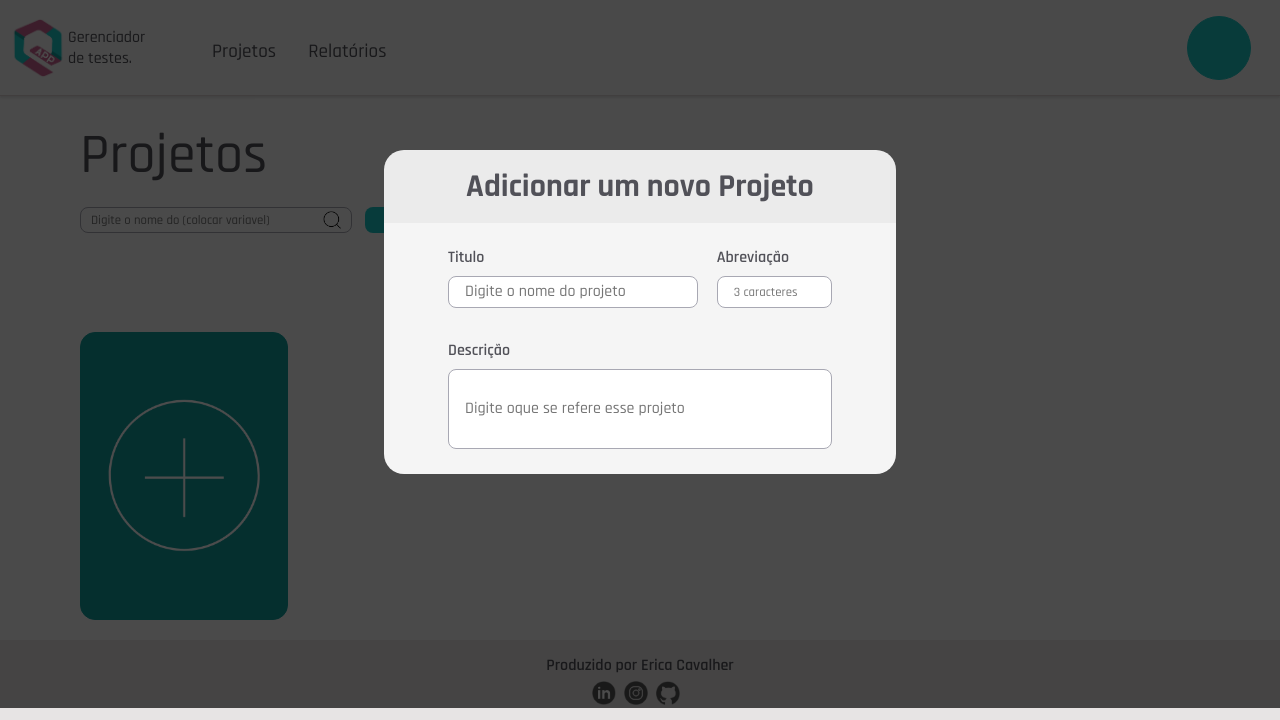
Repository: kika-cavalher/qapp-web
Page: /, after clicking the first element matching `div.btn-open-modal > button`
The author's editor kept a copy of each file at every save. The page is drawn from the files as they stood at one save, then again after the next save.
The browser window is 1280 px wide. The pictures show the whole page.
The page's requests for data from a server got no answer. The project was rebuilt for these pictures with package versions that can differ from the ones it lists, and the page was loaded fresh each time. No one was signed in, and anything a server would have sent is missing. Also part of the build but not shown: src/hooks/useAuth.ts, src/styles/pages/signIn.scss, src/components/Pages/auth/SignIn.tsx, src/styles/pages/signUp.scss, src/components/Pages/auth/SignUp.tsx. Imported but missing from the stored project, and not drawn on this page: src/components/PageDefault/head/logo/logo.

Above is the page before, as saved 2022-03-24 18:21:19.

After the next save:
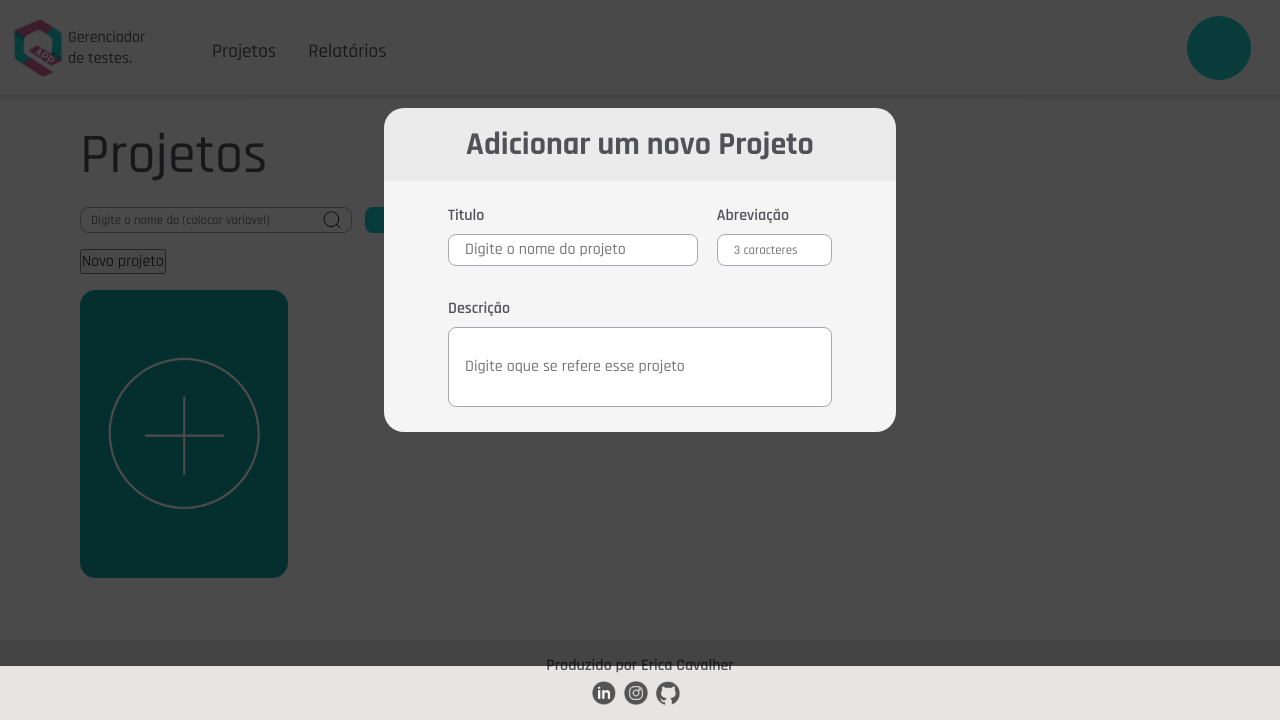
Saved 40 s later.
--- a/src/components/Global/button/style.scss
+++ b/src/components/Global/button/style.scss
@@ -153,7 +153,7 @@
     }
 }
 
-.btn-open-modal {
+.btn-modal {
     display: flex;
     flex-direction: column;
     align-items: center;

After the 2 saves that followed:
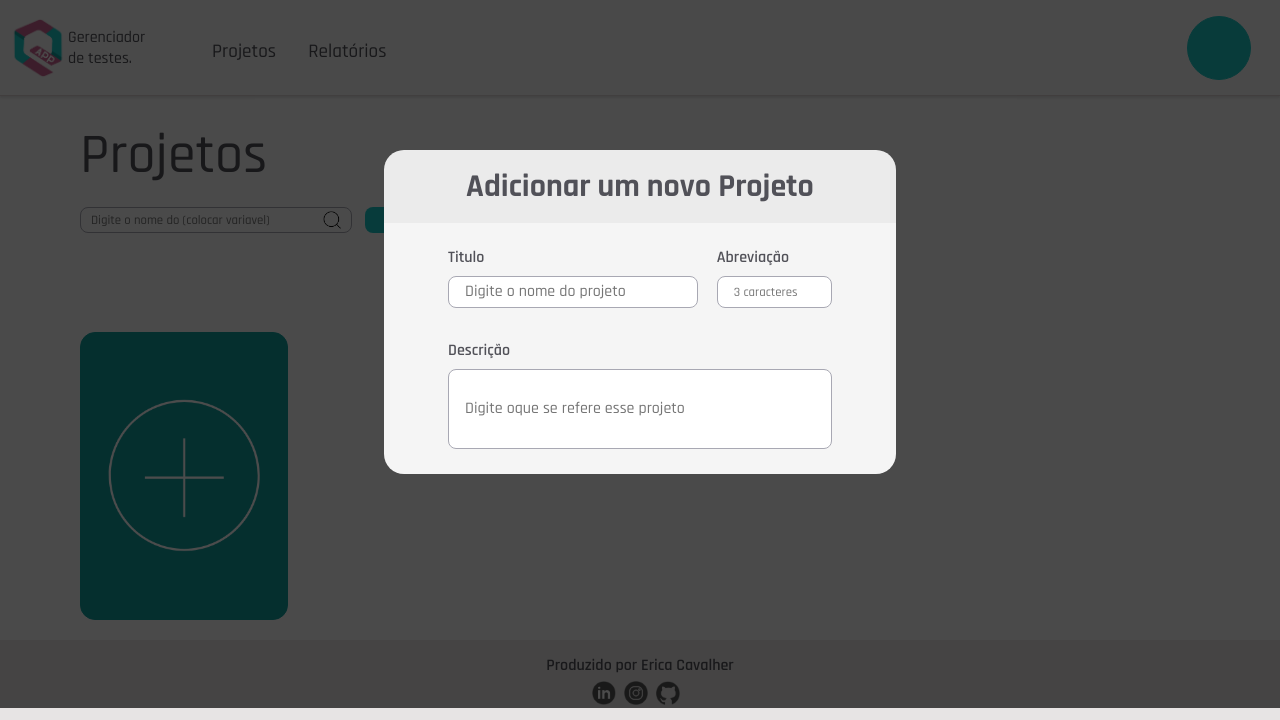
The 2 saves are shown as one change because 1 left the picture as it was.
The last was saved 29 s later.
--- a/src/components/Global/modal/index.tsx
+++ b/src/components/Global/modal/index.tsx
@@ -67,7 +67,7 @@ const Modals: React.RefForwardingComponent<ModalHandles> = (props, ref) => {
                     <div className="btn">
                         <Button
                         onClick={handleCloseModal}
-                        className="btn-modal"
+                        className="btn__send"
                         >Salvar</Button>
                     </div>
                 </form>
--- a/src/components/Global/button/style.scss
+++ b/src/components/Global/button/style.scss
@@ -153,7 +153,7 @@
     }
 }
 
-.btn-modal {
+.btn-open-modal {
     display: flex;
     flex-direction: column;
     align-items: center;
